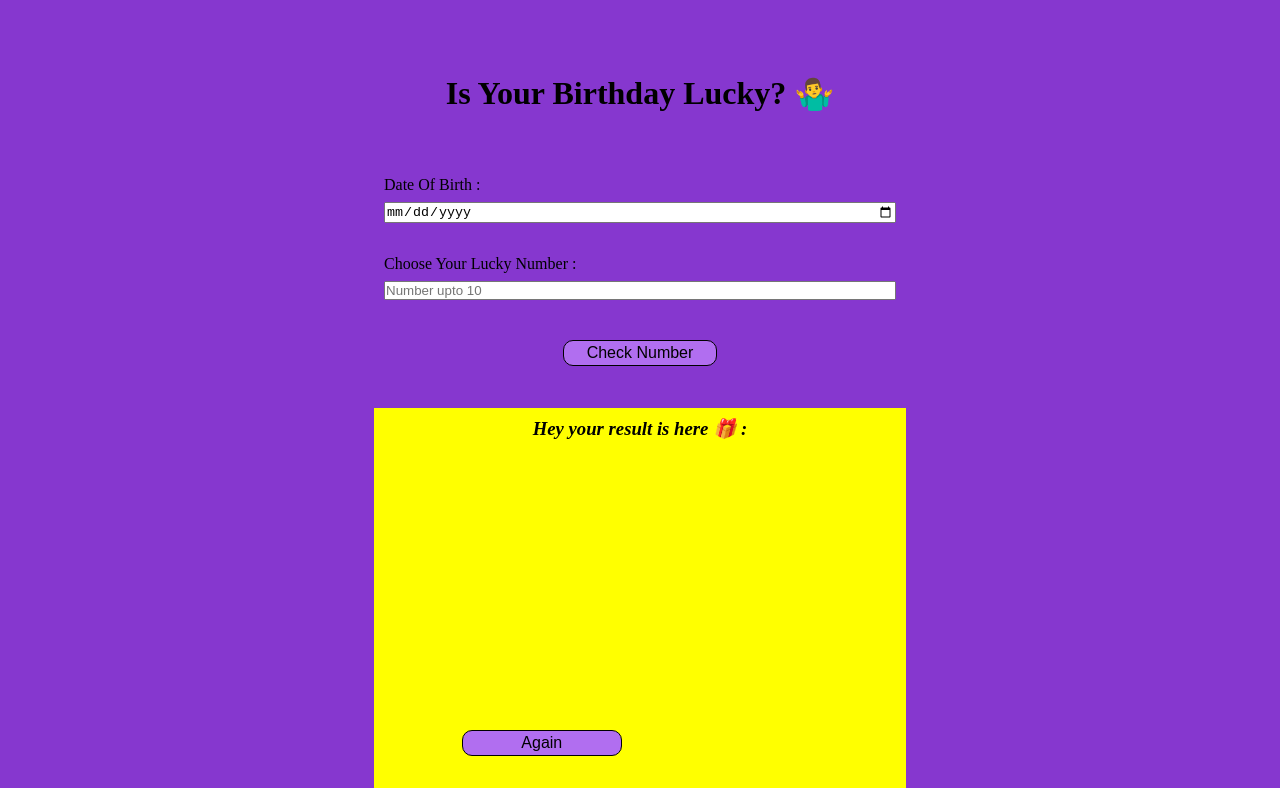
Repository: patelamancode/Lucky-Birthday-App
Page: index.html
The author's editor kept a copy of each file at every save. The page is drawn from the files as they stood at one save, then again after the next save.
The browser window is 1280 px wide. The pictures show the whole page.

Above is the page before, as saved 2022-11-23 15:26:58.

After the next save:
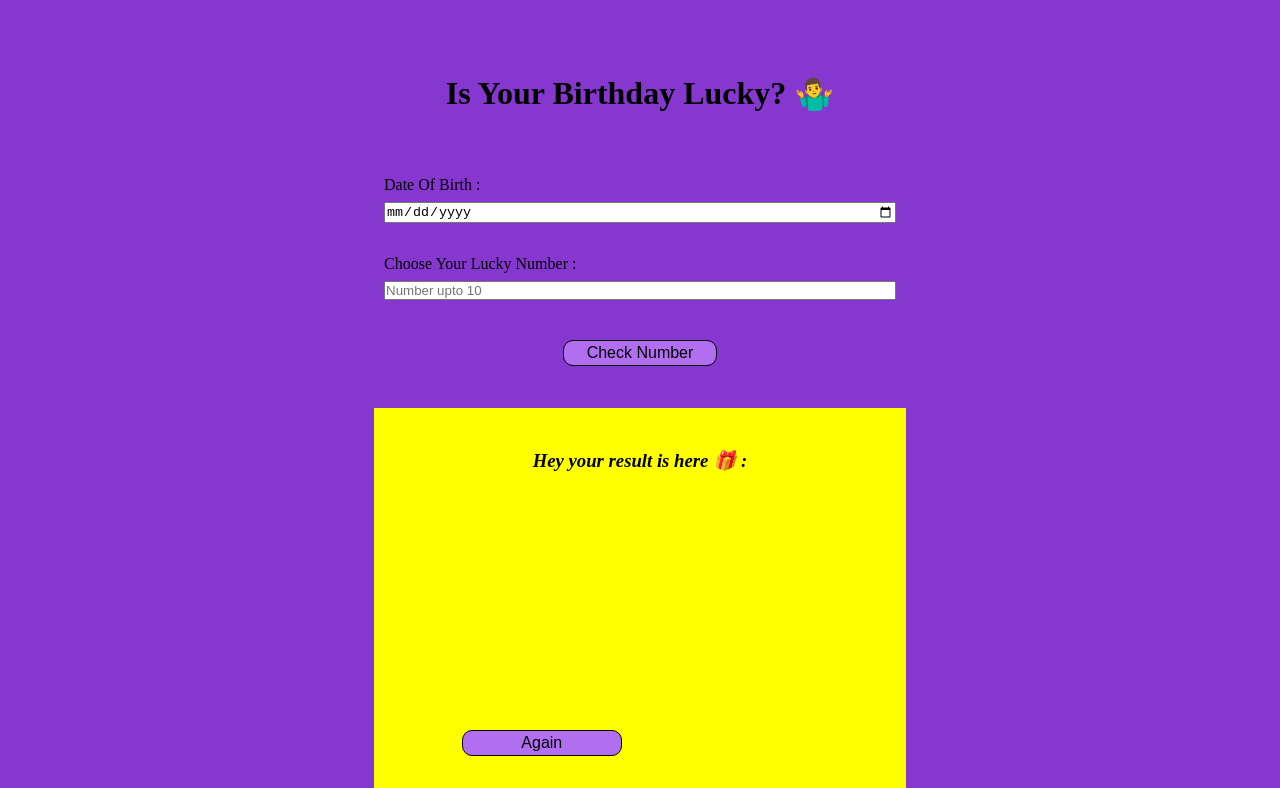
Saved 11 s later.
--- a/index.css
+++ b/index.css
@@ -57,7 +57,7 @@
  }
 #result-heading{
   font-style: italic;
-  margin: 5rem, 0.5rem;
+  margin: 2rem;
  }
 
  #back-btn{
